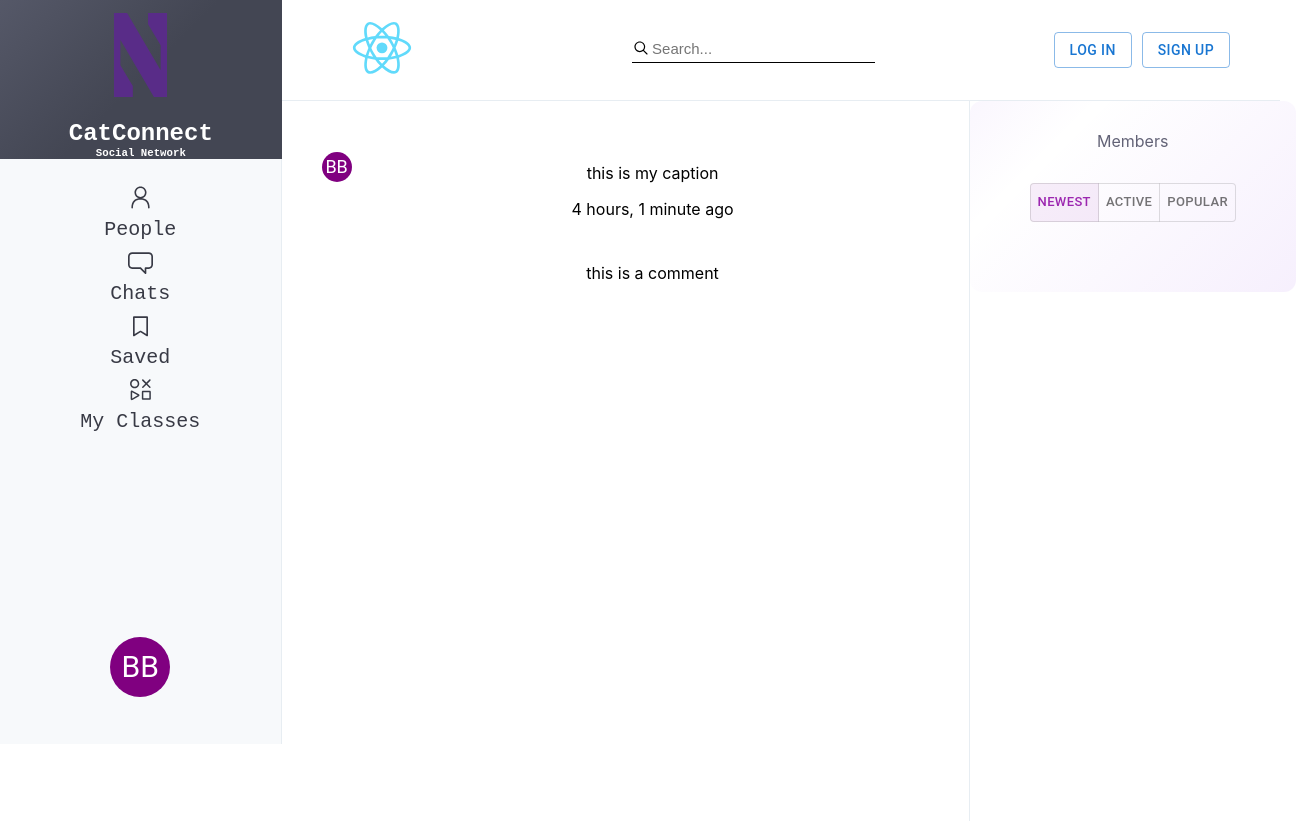
Repository: bbrockbrown/fws_proj
Page: / (app in frontend/)
These files come from the project's save history. The page is drawn as it stood at one moment and after the next save; the edit follows.
The browser window is 1280 px wide. The page is 1296 px wide, so the pictures cover 1296 px, including what lies to the right of the window. The pictures show the whole page.
The project was rebuilt for these pictures with package versions that can differ from the ones it lists, and the page was loaded fresh each time. Also part of the build but not shown: frontend/craco.config.js.

Above is the page before, as saved 2025-04-27 11:56:11.

After the next save:
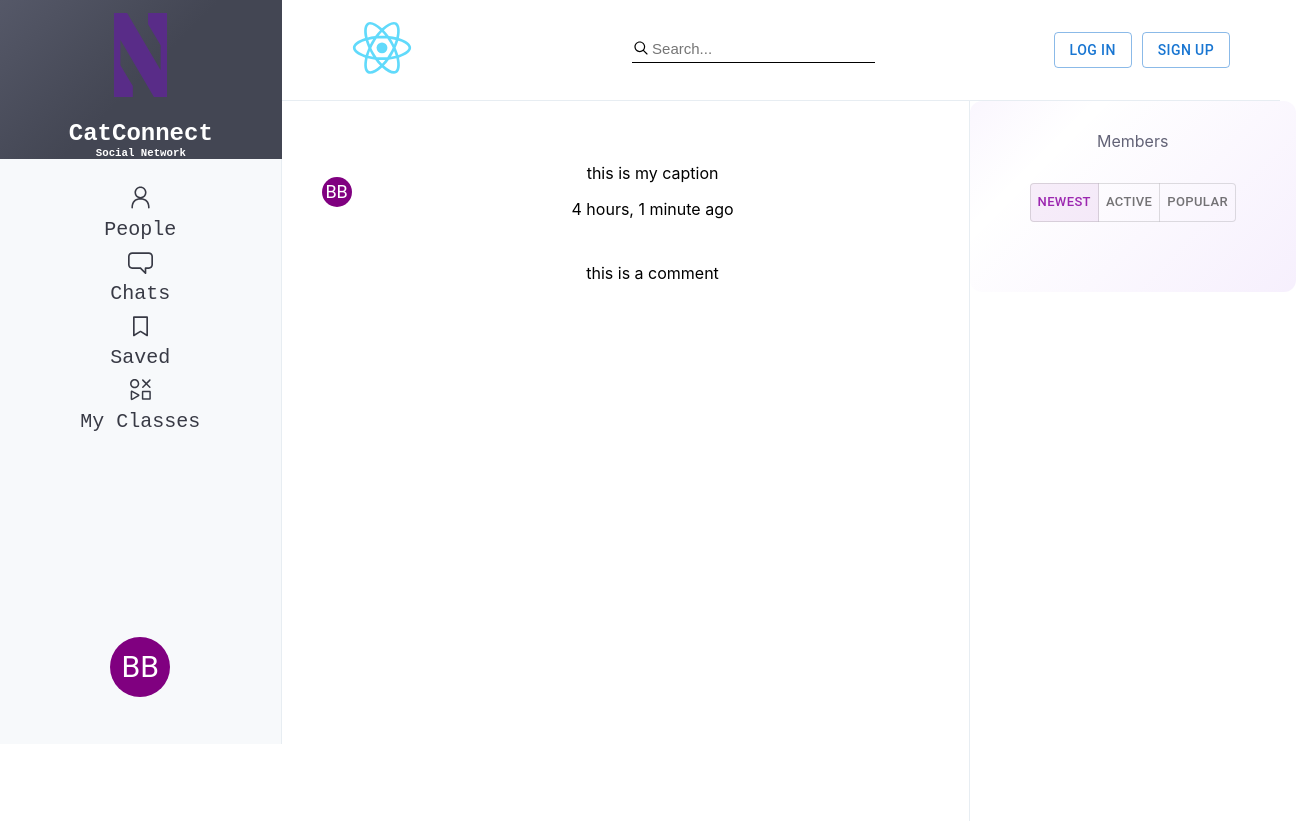
Saved 14 s later.
--- a/frontend/src/common/components/Feed.jsx
+++ b/frontend/src/common/components/Feed.jsx
@@ -27,7 +27,7 @@
   margin: 0;
   position: absolute;
   left: 0px;
-  top: 5px;
+  top: 30px;
   float: left;
   z-index: 1;
   text-align: center;
